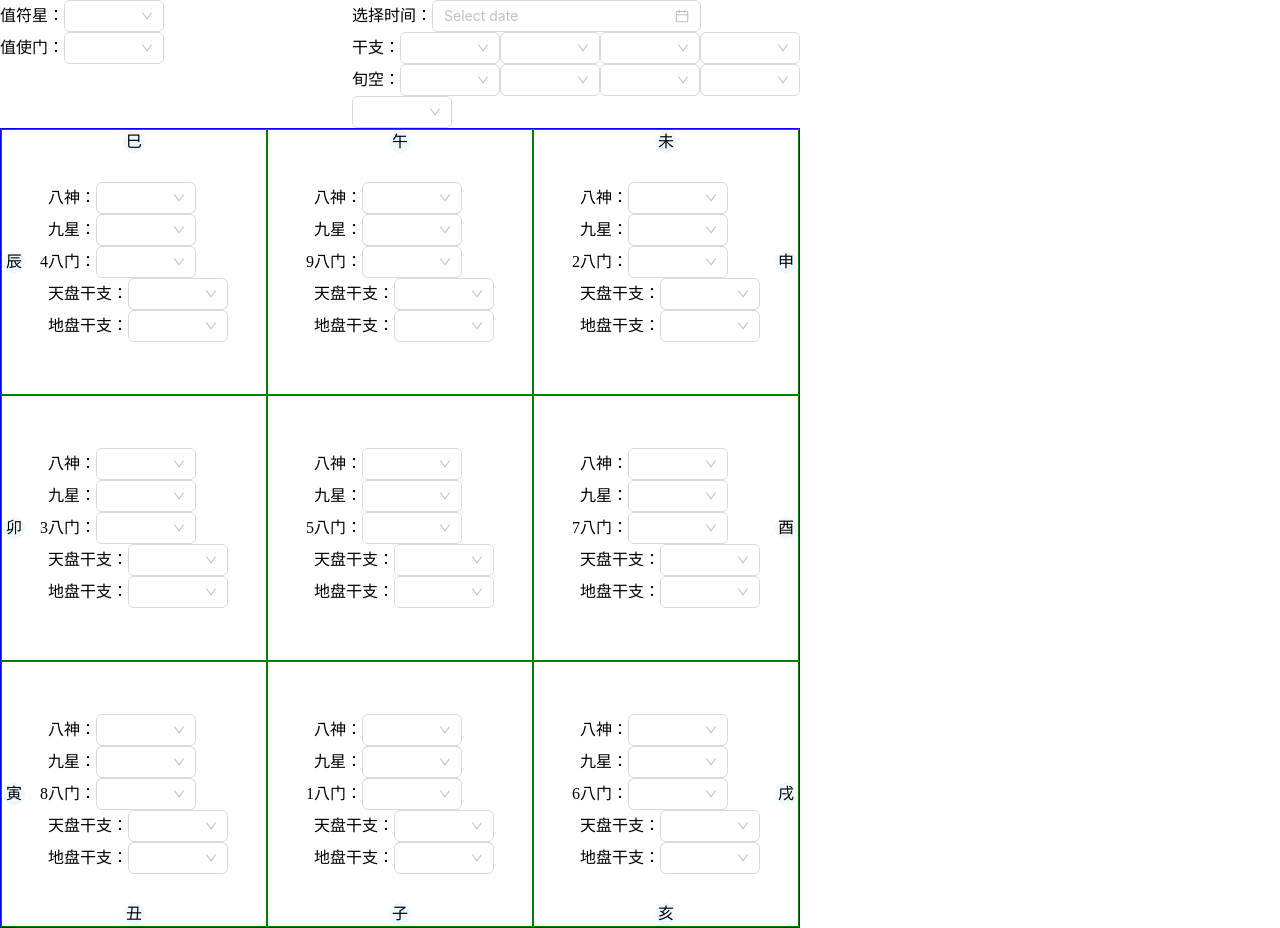
Repository: DaozhangChen/qiMen
Page: /
These files come from the project's save history. The page is drawn as it stood at one moment and after the next save; the edit follows.
The browser window is 1280 px wide. The pictures show the whole page.
The project was rebuilt for these pictures with package versions that can differ from the ones it lists, and the page was loaded fresh each time. Also part of the build but not shown: vite.config.js.

Above is the page before, as saved 2024-04-06 16:34:02.

### src/App.jsx
import Sudoku from './compoment/Sudoku'

function App() {

  return (
    <>
      <Sudoku />
    </>
  )
}

export default App

### src/index.css
* {
  padding: 0;
  margin: 0;
  box-sizing: border-box;
}

ul,
li {
  list-style: none;
}

### src/compoment/Sudoku.jsx
import "../style/Sudoku.css"
import InfoSelect from "./InfoSelect"
import { useState } from "react"
import HeaderInfo from "./HeaderInfo"
import { useEffect } from "react"

function Sudoku() {
    const regionArr = [
        { number: 4, area: "巽", initDownStem1: "巳", initDownStem2: "辰" },
        { number: 9, area: "离", initDownStem1: "午" },
        { number: 2, area: "坤", initDownStem1: "未", initDownStem2: "申" },
        { number: 3, area: "震", initDownStem1: "卯" },
        { number: 5, area: "中" },
        { number: 7, area: "兑", initDownStem1: "酉" },
        { number: 8, area: "艮", initDownStem1: "丑", initDownStem2: "寅" },
        { number: 1, area: "坎", initDownStem1: "子" },
        { number: 6, area: "乾", initDownStem1: "亥", initDownStem2: "戌" }
    ]
    const baseHeaderInfo = {
        headerStar: null,
        headerDoor: null,
        headerTime: null,
        headerYearStem: null,
        headerMonthStem: null,
        headerDayStem: null,
        headerTimeStem: null,
        headerYearNull: null,
        headerMonthNull: null,
        headerDayNull: null,
        headerTimeNull: null,
        curPattern: null
    }
    const [detailInfo, setDetailInfo] = useState(regionArr)
    const [headerInfoObj, setHeaderInfoObj] = useState(baseHeaderInfo)
    useEffect(() => {
        console.log("11", detailInfo)
        return () => {
            console.log("22", detailInfo)
        }
    }, [detailInfo])


    return (
        <>
            <HeaderInfo setHeaderInfo={setHeaderInfoObj} />
            <div className="sudoku-grid">
                {/* 生成九宫格 */}
                {regionArr.map((value) => (
                    <div key={value.number} className="sudoku-row" data-key={value.number}>
                        {
                            value.number !== 5 ? <div className={"downStem1-" + value.number}>{value.initDownStem1}</div> : null
                        }
                        {
                            value.number % 2 === 0 ? <div className={"downStem2-" + value.number}>{value.initDownStem2}</div> : null
                        }
                        <div>{value.number}</div>
                        <ul>
                            <li className="sudoku-cell">
                                <ul>
                                    <li className="god">八神：<span><InfoSelect type="god" setDetailInfo={setDetailInfo} area={value.number} /></span></li>
                                    <li className="star">九星：<span><InfoSelect type="star" setDetailInfo={setDetailInfo} area={value.number} /></span></li>
                                    <li className="door">八门：<span><InfoSelect type="door" setDetailInfo={setDetailInfo} area={value.number} /></span></li>
                                    <li className="upStem">天盘干支：<span><InfoSelect type="upStem" setDetailInfo={setDetailInfo} area={value.number} /></span></li>
                                    <li className="downStem">地盘干支：<span><InfoSelect type="downStem" setDetailInfo={setDetailInfo} area={value.number} /></span></li>
                                </ul>
                            </li>
                        </ul>
                    </div>
                ))}
            </div>
        </>
    )
}
export default Sudoku

### src/style/Sudoku.css
.sudoku-grid {
    border: 1px solid blue;
    width: 800px;
    height: 800px;
    display: grid;
    grid-template-columns: repeat(3, 1fr);
    grid-template-rows: repeat(3, 1fr);

}

.sudoku-row {
    display: flex;
    border: 1px solid green;
    align-items: center;
    justify-content: center;
    position: relative;
}

.sudoku-cell>li {
    margin: 5px 0px;
}

div[class^="downStem"] {
    text-align: center;
    line-height: 22px;
    width: 22px;
    height: 22px;
    background-color: aliceblue;
    border-radius: 50%;
}

.downStem1-4,
.downStem1-9,
.downStem1-2 {
    position: absolute;
    transform: translateY(-120px);
}

.downStem1-3,
.downStem2-4,
.downStem2-8 {
    position: absolute;
    transform: translateX(-120px);
}

.downStem1-7,
.downStem2-2,
.downStem2-6 {
    position: absolute;
    transform: translateX(120px);
}

.downStem1-1,
.downStem1-8,
.downStem1-6 {
    position: absolute;
    transform: translateY(120px);
}

### src/compoment/InfoSelect.jsx
import { Select } from "antd";
import setOption from "../toolFunction/setOption"

// eslint-disable-next-line react/prop-types
const InfoSelect = ({ type, setDetailInfo, area }) => {
    const option = setOption(type)

    const setValue = (value) => {
        //设置全局value
        if (area === "header") {
            setDetailInfo(originObj => {
                originObj[type] = value
                return { ...originObj }
            })
        } else {
            setDetailInfo(originArr => {
                const newArr = originArr.map((item) => {
                    if (item.number === area) {
                        item[type] = value
                        return item
                    } else {
                        return item
                    }
                })
                return newArr
            })
        }
    }

    return (
        <>
            <Select style={{ width: 100 }} options={option} onChange={setValue} showSearch />
        </>
    )
}

export default InfoSelect

### src/compoment/HeaderInfo.jsx
import "../style/HeaderInfo.css"
import InfoSelect from "./InfoSelect"
import { DatePicker } from 'antd';
// eslint-disable-next-line react/prop-types
const HeaderInfo = ({ setHeaderInfo }) => {

    const timeChange = (time, dateString) => {
        setHeaderInfo((value) => {
            return { ...value, headerTime: dateString }
        })
    }
    return (
        <>
            <div className="headerWrapper">
                <div>
                    <div>值符星：<span><InfoSelect type="headerStar" setDetailInfo={setHeaderInfo} area="header" /></span></div>
                    <div>值使门：<span><InfoSelect type="headerDoor" setDetailInfo={setHeaderInfo} area="header" /></span></div>
                </div>
                <div>
                    <div>选择时间：<span><DatePicker showTime onChange={timeChange} /></span></div>
                    <div>干支：
                        <span>
                            <InfoSelect type="headerYearStem" setDetailInfo={setHeaderInfo} area="header" />
                            <InfoSelect type="headerMonthStem" setDetailInfo={setHeaderInfo} area="header" />
                            <InfoSelect type="headerDayStem" setDetailInfo={setHeaderInfo} area="header" />
                            <InfoSelect type="headerTimeStem" setDetailInfo={setHeaderInfo} area="header" />
                        </span>
                    </div>
                    <div>旬空：
                        <span>
                            <InfoSelect type="headerYearNull" setDetailInfo={setHeaderInfo} area="header" />
                            <InfoSelect type="headerMonthNull" setDetailInfo={setHeaderInfo} area="header" />
                            <InfoSelect type="headerDayNull" setDetailInfo={setHeaderInfo} area="header" />
                            <InfoSelect type="headerTimeNull" setDetailInfo={setHeaderInfo} area="header" />
                        </span>
                    </div>
                    <div>
                        <span>
                            <InfoSelect type="curPattern" setDetailInfo={setHeaderInfo} area="header" />
                        </span>
                    </div>
                </div>
            </div>
        </>
    )
}

export default HeaderInfo

### src/toolFunction/setOption.js
import allStem from "./getAllSexagenaryBranches"
function setupOption(arr) {
    const option = arr.map((value) => {
        const obj = {}
        obj.label = value
        obj.value = value
        return obj
    })
    return option
}

const setOption = (type) => {
    const godArr = ["值符", "腾蛇", "太阴", "六合", "白虎", "玄武", "九地", "九天"]
    const starArr = ["天蓬星", "天任星", "天冲星", "天辅星", "天英星", "天芮星", "天柱星", "天心星", "天禽星"]
    const doorArr = ["休门", "生门", "伤门", "杜门", "景门", "死门", "惊门", "开门"]
    const stemArr = ["戊", "己", "庚", "辛", "壬", "癸", "丁", "丙", "乙"]
    const downNullStem = ["子丑", "寅卯", "辰巳", "午未", "申酉", "戌亥"]
    const pattern = [
        "阳遁一局", "阳遁二局", "阳遁三局", "阳遁四局", "阳遁五局", "阳遁六局", "阳遁七局", "阳遁八局", "阳遁九局",
        "阴遁一局", "阴遁二局", "阴遁三局", "阴遁四局", "阴遁五局", "阴遁六局", "阴遁七局", "阴遁八局", "阴遁九局"
    ]
    const resultMap = {
        "god": setupOption(godArr),
        "star": setupOption(starArr),
        "door": setupOption(doorArr),
        "upStem": setupOption(stemArr),
        "downStem": setupOption(stemArr),
        "headerStar": setupOption(starArr),
        "headerDoor": setupOption(doorArr),
        "headerYearStem": setupOption(allStem),
        "headerMonthStem": setupOption(allStem),
        "headerDayStem": setupOption(allStem),
        "headerTimeStem": setupOption(allStem),
        "headerYearNull": setupOption(downNullStem),
        "headerMonthNull": setupOption(downNullStem),
        "headerDayNull": setupOption(downNullStem),
        "headerTimeNull": setupOption(downNullStem),
        "curPattern": setupOption(pattern)
    }
    return resultMap[type]
}

export default setOption

### src/style/HeaderInfo.css
.headerWrapper {
    display: flex;
    flex-direction: row;
    width: 800px;
    justify-content: space-between;
}

### src/toolFunction/getAllSexagenaryBranches.js
function getAllSexagenaryBranches() {
    const allUpStem = ["甲", "乙", "丙", "丁", "戊", "己", "庚", "辛", "壬", "癸"]
    const allDownStem = ["子", "丑", "寅", "卯", "辰", "巳", "午", "未", "申", "酉", "戌", "亥"]
    const finalItems = []
    let upIndex = 0
    let downIndex = 0
    for (let i = 0; i < 60; i++) {
        finalItems.push(allUpStem[upIndex] + allDownStem[downIndex])
        upIndex === 9 ? upIndex = 0 : upIndex++
        downIndex === 11 ? downIndex = 0 : downIndex++
    }
    return finalItems
}
const allStem = getAllSexagenaryBranches()


export default allStem

Loaded but not shown: index.html (common file); src/main.jsx (common file)

After the next save:
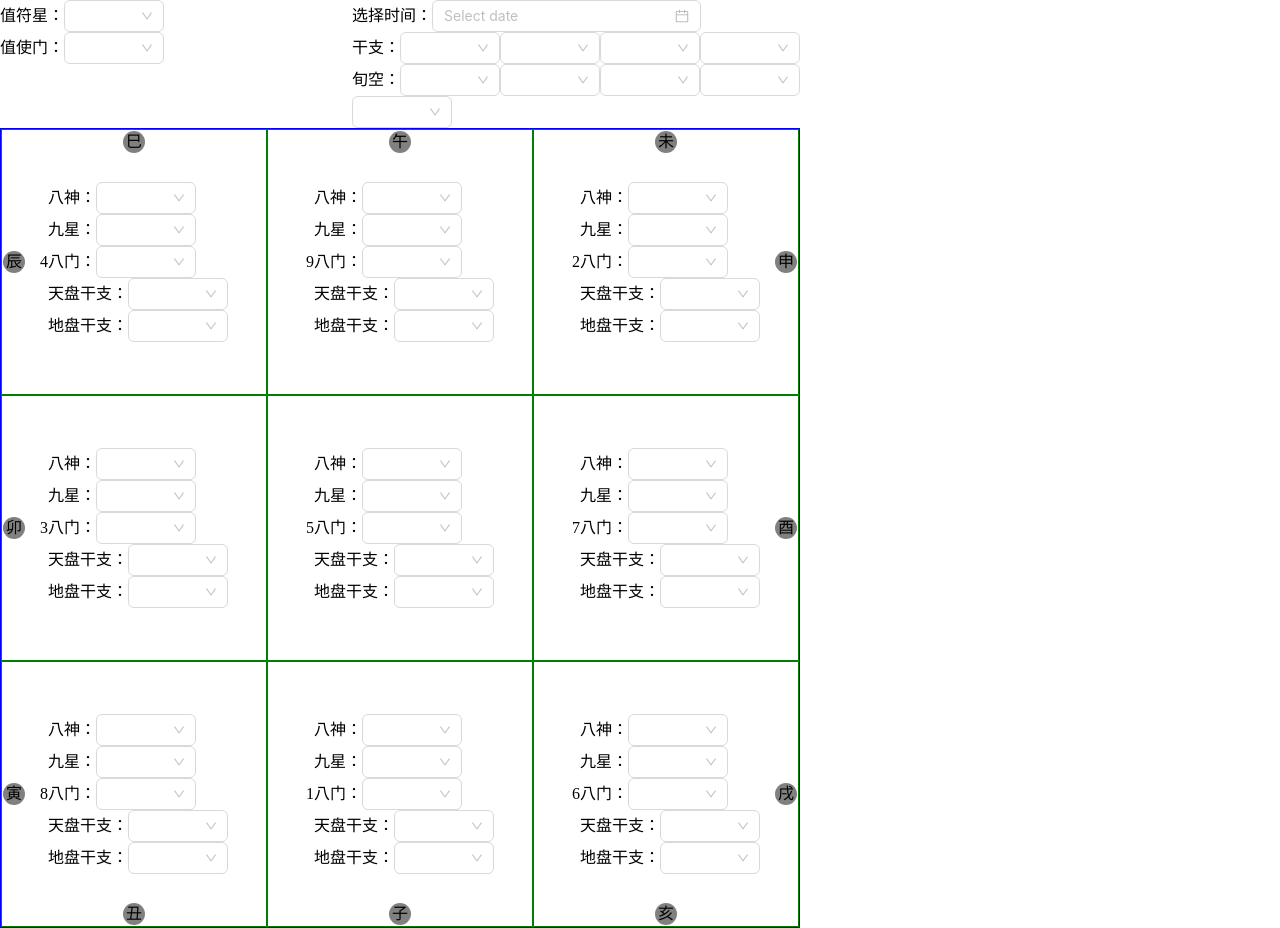
Saved 17 s later.
--- a/src/style/Sudoku.css
+++ b/src/style/Sudoku.css
@@ -25,7 +25,7 @@ div[class^="downStem"] {
     line-height: 22px;
     width: 22px;
     height: 22px;
-    background-color: aliceblue;
+    background-color: gray;
     border-radius: 50%;
 }
 
